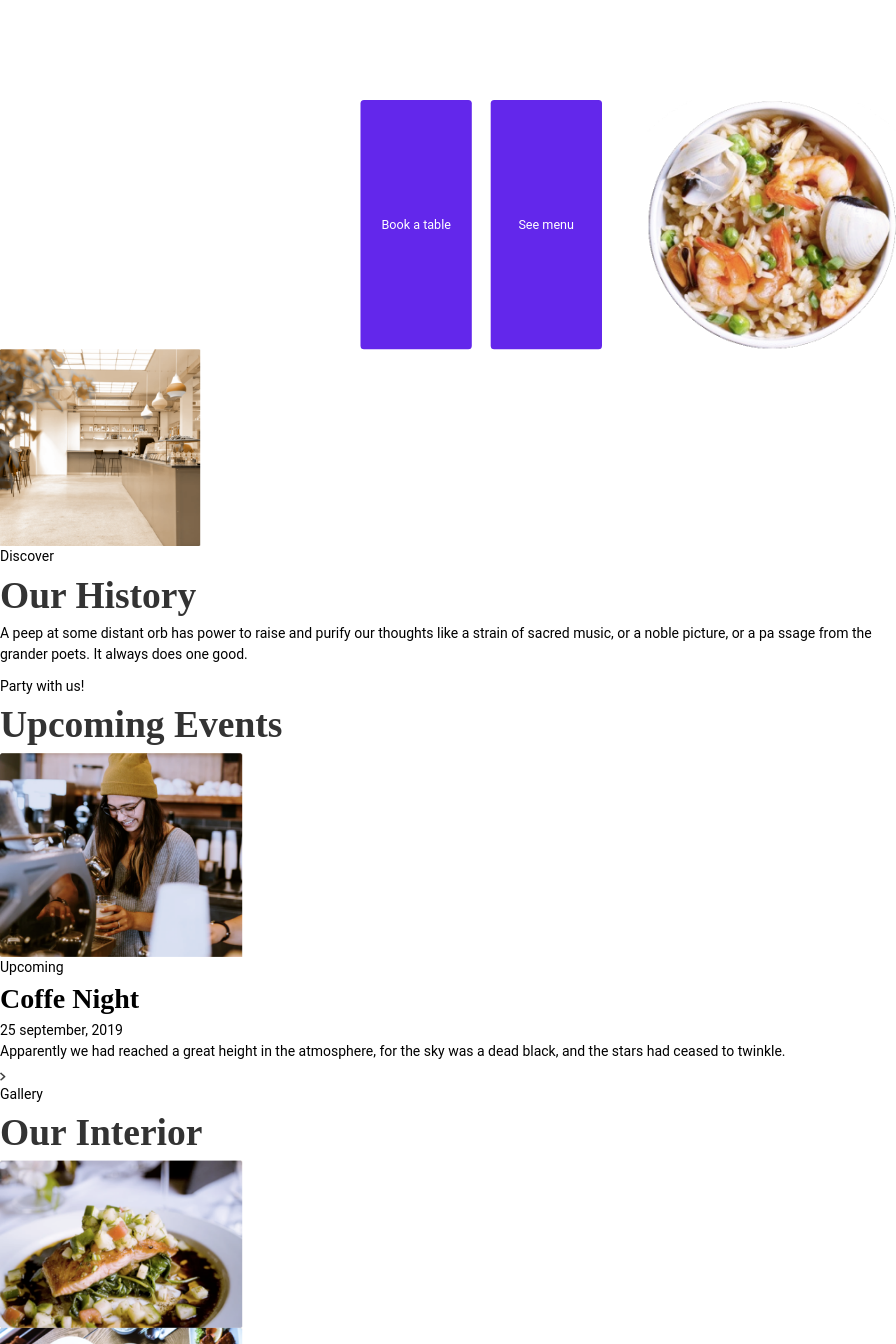
Repository: murilopellis-12/Tailwind-Prova
Page: index.html
The author's editor kept a copy of each file at every save. The page is drawn from the files as they stood at one save, then again after a run of saves.
The browser window is 1280 px wide. The pictures show the part of the page from y = 0 to 1920 px (the page is 4325 px tall before and 4844 px after), at 70% of full size.

Above is the page before, as saved 2026-10-26 20:27:48.
Not found: style.css

After the next 2 saves:
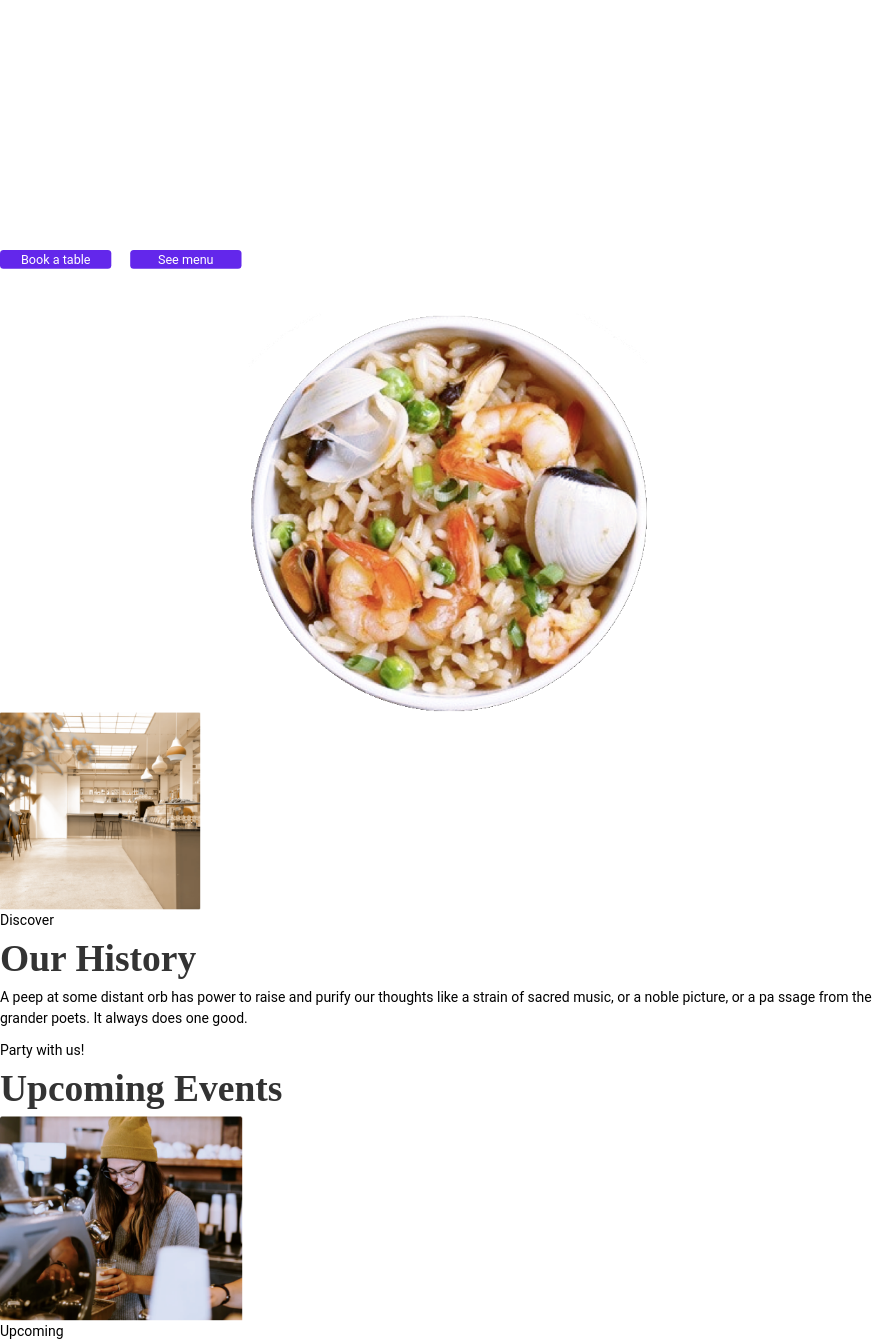
The 2 saves are shown as one change because they came seconds apart.
The last was saved 25 s later.
--- a/index.html
+++ b/index.html
@@ -120,8 +120,8 @@
           </nav>
         </div>
       </div>
-      <div class="div-agrupar-conteudo-hero flex flex-column gap-[clamp(3.6rem,calc(1.982rem+4.314vw),6.4rem)]">
-        <div class="conteudo-hero h-auto flex flex-column justify-center gap-[4rem]">
+      <div class="div-agrupar-conteudo-hero flex flex-col gap-[clamp(3.6rem,calc(1.982rem+4.314vw),6.4rem)]">
+        <div class="conteudo-hero h-auto flex flex-col justify-center gap-[4rem]">
           <h1 id="h1-pagina-principal">Welcome to our restaurant</h1>
           <p id="horario-funcionamento-hero" class="text-[2.4rem] font-light text-[var(--cor-terciaria)]">Everyday 8:00 am - 23:00 pm</p>
           <div class="botoes-hero grid grid-cols-[1fr_1fr] gap-[clamp(0.6rem,calc(-0.245rem+2.254vw),3rem)] h-auto w-[100%] max-w-[345px]">
